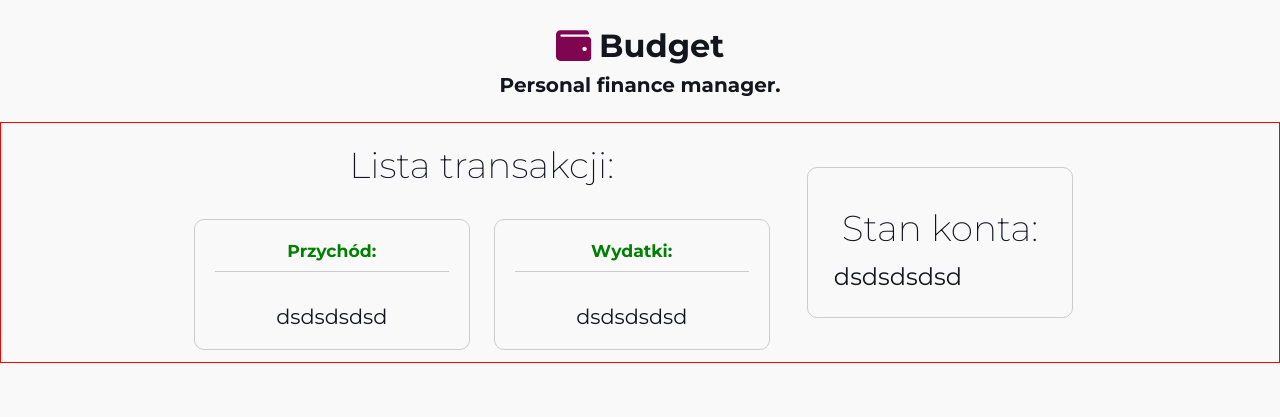
Repository: KrzysKolo/sr_tydzien4_zad4
Page: /
An editor plug-in stored every save of this project. The page is shown before and after the next save, followed by the edit.
The browser window is 1280 px wide. The pictures show the whole page.
Some web libraries are served in a nearby version. The project was rebuilt for these pictures with package versions that can differ from the ones it lists, and the page was loaded fresh each time.

Above is the page before, as saved 2020-11-29 15:05:55.

### public/index.html
<!DOCTYPE html>
<html lang="en">
  <head>
    <meta charset="utf-8" />
    <link rel="icon" href="%PUBLIC_URL%/favicon.ico" />
    <meta name="viewport" content="width=device-width, initial-scale=1" />
    <meta name="theme-color" content="#000000" />
    <meta
      name="description"
      content="Web site created using create-react-app"
    />
    <link rel="apple-touch-icon" href="%PUBLIC_URL%/logo192.png" />
    <!--
      manifest.json provides metadata used when your web app is installed on a
      user's mobile device or desktop. See https://developers.google.com/web/fundamentals/web-app-manifest/
    -->
    <link rel="manifest" href="%PUBLIC_URL%/manifest.json" />
    <!--
      Notice the use of %PUBLIC_URL% in the tags above.
      It will be replaced with the URL of the `public` folder during the build.
      Only files inside the `public` folder can be referenced from the HTML.

      Unlike "/favicon.ico" or "favicon.ico", "%PUBLIC_URL%/favicon.ico" will
      work correctly both with client-side routing and a non-root public URL.
      Learn how to configure a non-root public URL by running `npm run build`.
    -->
    <link
      href="https://fonts.googleapis.com/css?family=Montserrat:200,400,700&display=swap&subset=latin-ext"
      rel="stylesheet"
    />
    <script
      src="https://kit.fontawesome.com/327a0d490c.js"
      crossorigin="anonymous"
    ></script>
    <title>Budget</title>
  </head>
  <body>
    <noscript>You need to enable JavaScript to run this app.</noscript>
    <div id="root"></div>
    <!--
      This HTML file is a template.
      If you open it directly in the browser, you will see an empty page.

      You can add webfonts, meta tags, or analytics to this file.
      The build step will place the bundled scripts into the <body> tag.

      To begin the development, run `npm start` or `yarn start`.
      To create a production bundle, use `npm run build` or `yarn build`.
    -->
  </body>
</html>

### src/App.js
import React from 'react';
import Budget from './components/Budget'

const App = () => {
  return (
    <>
      <Budget/>
    </>
  )
}

export default App;

### src/components/Budget.js
import React from 'react';
import Header from './budgetComponents/Header';
import Section from './budgetComponents/Section';
import SectionInfo from './budgetComponents/SectionInfo';
import H2 from './budgetComponents/sectionComponents/H2';
import styled, { createGlobalStyle } from 'styled-components';

const GlobalStyle = createGlobalStyle`
    * {
        padding: 0;
        margin: 0;
        box-sizing: border-box;
    }
    body {
        background-color: #f9f9f9;
        color: #14161f;
        font-family: "Montserrat", sans-serif;
        font-size: 16px;
        min-height: 100vh;
    }
    `;
const Container = styled.main`
    font-size: 1.5rem;
`;
const SectionContainer = styled.section`
    border: 1px solid red;
    display: flex;
    flex-direction: row;
    justify-content: center;
    align-items: center;
`;
const SectionBudget = styled.section`
    display: flex;
    flex-direction: column;
    justify-content: center;
    align-items: center;
`;
const SectionItems = styled.section`
    display: flex;
    flex-direction: row;
    justify-content: center;
    align-items: center;

`;
const Budget = () => {
    return (
        <>
            <GlobalStyle />
            <Container>
                <Header />
                <SectionContainer>
                    <SectionBudget>
                        <H2 title={"Lista transakcji"} />
                        <SectionItems>
                            <Section title={"Przychód"} label={"p"}/>
                            <Section title={"Wydatki"}/>
                        </SectionItems>
                    </SectionBudget>
                    <SectionInfo title={"Stan konta"}/>
                </SectionContainer>
            </Container>
        </>
    )
}

export default Budget;

### src/components/budgetComponents/Header.js
import React from 'react';
import styled from 'styled-components';
import { FontAwesomeIcon } from '@fortawesome/react-fontawesome';
import { faWallet } from '@fortawesome/free-solid-svg-icons';

const SectionHeader = styled.header`
    align-items: center;
    color: rgb(127, 5, 80);
    display: flex;
    font-size: 2.2rem;
    flex-direction: column;
    justify-content: center;
    padding: 2%;
`;
const DivHeader = styled.div`
    align-items: center;
    display: flex;
    flex-direction: row;
    justify-content: center;
    margin-bottom: 0.5rem;
`;
const H1Header = styled.h1`
    color: #14161f;
    font-size: 2rem;
    margin-left: .5rem;
`;
const H2Header = styled.h2`
    color: #14161f;
    font-size: 1.25rem;
`;
const Header = () => {
    return (
        <SectionHeader>
            <DivHeader>
                <FontAwesomeIcon icon={faWallet}/>
                <H1Header>Budget</H1Header>
            </DivHeader>
            <H2Header>Personal finance manager.</H2Header>
        </SectionHeader>
    )
}

export default Header;

### src/components/budgetComponents/Section.js
import React from 'react';
import H1 from './sectionComponents/H1';
import styled from 'styled-components';

const SectionWrapper = styled.section`
    border: 1px solid #ccc;
    border-radius: 10px;
    display: flex;
    flex-direction: column;
    font-size: 1.3rem;
    justify-content: center;
    align-items: center;
    margin: 2%;
    padding: 20px;
    width: 300px;
`;
const Section = ({ title, label }) => {
    return (
        <SectionWrapper>
           <H1 title={title} label={label}> </H1>
           <p>dsdsdsdsd</p>
        </SectionWrapper>
    )
}

export default Section;

### src/components/budgetComponents/SectionInfo.js
import React from 'react';
import H2 from './sectionComponents/H2';
import styled from 'styled-components';

const SectionWrapper = styled.section`
    border: 1px solid #ccc;
    border-radius: 10px;
    display: flex;
    flex-direction: column;
    margin: 2vw;
    padding: 2%;
`;
const Section = ({ title }) => {
    return (
        <SectionWrapper>
           <H2 title={title}> </H2>
           <p>dsdsdsdsd</p>
        </SectionWrapper>
    )
}

export default Section;

### src/components/budgetComponents/sectionComponents/H2.js
import React from 'react'
import styled from 'styled-components';

const TitleH2 = styled.h2`
    font-weight: 200;
    margin: 2% auto;
    padding: 0.5rem;
`;

const H2 = ({title}) => {
    return (
        <TitleH2>
            {title}:
        </TitleH2>
    )
}

export default H2;

### src/components/budgetComponents/sectionComponents/H1.js
import React from 'react'
import styled from 'styled-components';

const TitleH1 = styled.h1`
    border-bottom: 1px solid #ccc;
    color: ${label => label ? 'green' : 'red'};
    margin-bottom: 2rem;
    padding-bottom: 10px;
    display: block;
    width: 100%;
    text-align: center;
`;

const H1 = ({title, label}) => {
    return (
        <TitleH1>
            {title}:
        </TitleH1>
    )
}

export default H1;

Loaded but not shown: src/index.js (common file); src/index.css (common file)

After the next save:
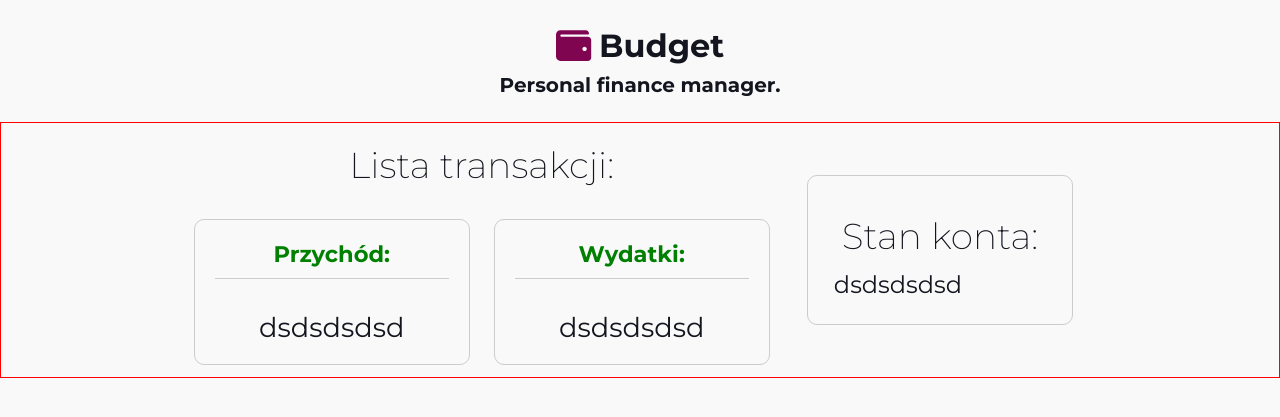
Saved 11 s later.
--- a/src/components/budgetComponents/Section.js
+++ b/src/components/budgetComponents/Section.js
@@ -7,7 +7,7 @@ const SectionWrapper = styled.section`
     border-radius: 10px;
     display: flex;
     flex-direction: column;
-    font-size: 1.3rem;
+    font-size: 1.7rem;
     justify-content: center;
     align-items: center;
     margin: 2%;
